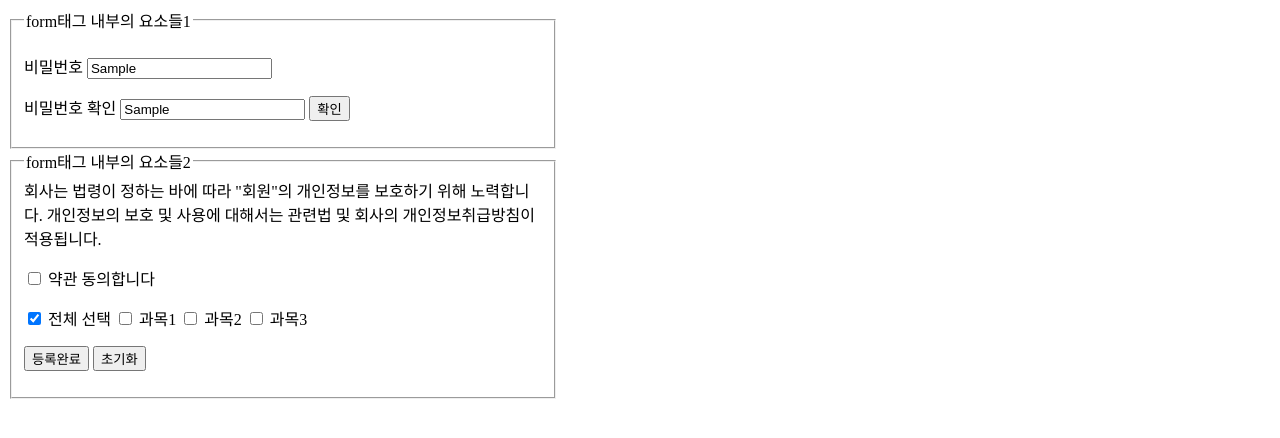
Repository: reddrinkbro/JSPStudy
Page: javascript/WebContent/4객체/dom_ob6.html
The author's editor kept a copy of each file at every save. The page is drawn from the files as they stood at one save, then again after the next save.
The browser window is 1280 px wide. The pictures show the whole page.
Empty fields were first filled with sample values (such as "Sample", 5 or name@example.com).
After loading, the first visible `#allchk` was clicked once.

Above is the page before, as saved 2020-04-10 03:57:16.

### javascript/WebContent/4객체/dom_ob6.html
<!DOCTYPE html>
<html>
<head>
<meta charset="UTF-8">
<title>Insert title here</title>
	<style type="text/css">
		form{
			width: 550px; /*너비 설정*/
		}

	</style>
</head>
<body>
	<form action="a.jsp" name = "f1">
		<fieldset>
			<legend>form태그 내부의 요소들1</legend>
			<p>
				<label>비밀번호</label>
				<input type ="text" id ="user_pw1" name ="user_pw1"/>
			</p>
			<p>
				<label>비밀번호 확인</label>
				<input type ="text" id = "user_pw2" name ="user_pw2"/>
				<input type="submit" value = "확인"/>
			</p>
		</fieldset>
	</form>
	<form action="a.jsp" name = "f2">
		<fieldset>
			<legend>form태그 내부의 요소들2</legend>
			<div>
				회사는 법령이 정하는 바에 따라 "회원"의 개인정보를 보호하기
				위해 노력합니다. 개인정보의 보호 및 사용에 대해서는 관련법
				및 회사의 개인정보취급방침이 적용됩니다.
			</div>
			<p>
				<input type="checkbox" name = "accept" id ="accept"/>
				<label>약관 동의합니다</label>
			</p>
				<input type="checkbox" name = allchk id ="allchk">
				<label>전체 선택</label>
				<input type="checkbox" name = "subject1" id ="subject1" value = "과목 1"/>
				<label>과목1</label>

				<input type="checkbox" name = "subject2" id ="subject2" value = "과목 2"/>
				<label>과목2</label>

				<input type="checkbox" name = "subject3" id ="subject3" value = "과목 3"/>
				<label>과목3</label>
			<p>
				<input type="submit" value = "등록완료">
				<input type="reset" value = "초기화">
			</p>
		</fieldset>
	</form>
	<script type="text/javascript">

		//전체 선택체크박스를 클릭했을때 이벤트 처리함수 function(){...}이 실행되게 선언
		document.f2.allchk.onclick = function(){
			alert();
		}

		//<form name ="f1"> 요소를 선택해 가져온다
		//확인버튼을 클릭했을때 이벤트 처리함수가 실행되게 선언
		document.f1.onsubmit = function(){
			//비밀번호 입력 공간 얻기
			//입력 요소 중에서 <input name ="user_pw1">인 요소를 선택해서 가져와서 변수 pw1에 저장
			var pw1 = document.f1.user_pw1;
			//비밀번호 확인 입력 공간 얻기
			//입력 요소 중 <input name = "user_pw2">인 요소를 선택해서 가져와서 변수pw2에 저장
			var pw2 = document.f1.user_pw2;

			//사이트 방문객이 작성한 비밀번호 값을 얻어
			//비밀번호 확인 <input>요소의 value속성값으로 설정하여 출력
			pw2.value = pw1.value ;
			//비밀번호 확인 <input>요소가 비활성화되어 입력을 할수 없도록 disabled속성의 값을 true함
			pw2.disabled = true;

			//이벤트 처리함수 function(){...} 마지막 부분에 return false의 값을 작성하여
			//a.jsp페이지로 전송하는 것을 차단시켜야한다
			//만약 차단 하지 않으면 <form>태그의 action속성에 작성된 a.jsp로 전송하여 페이지가 이동되게 된다
		}

	</script>
</body>
</html>

After the next save:
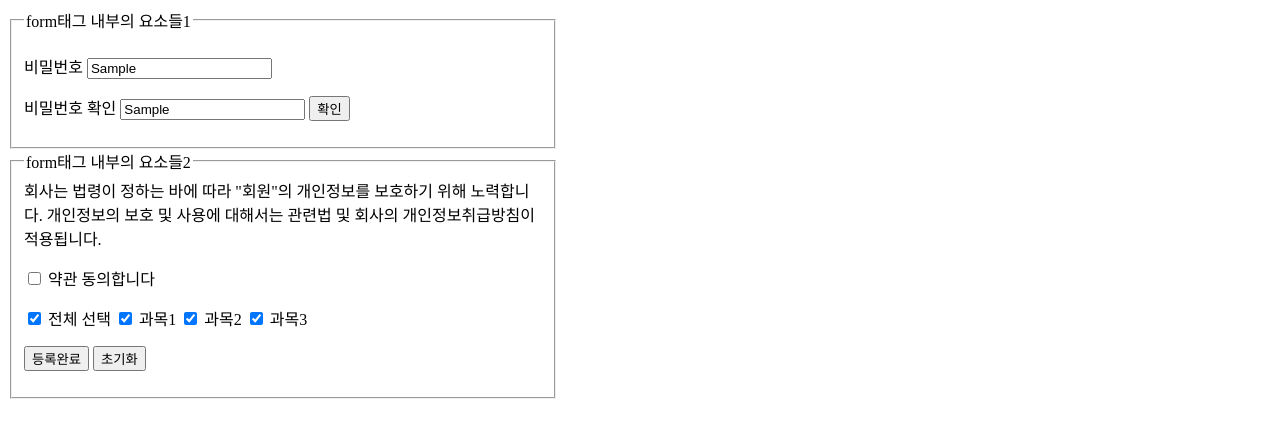
Saved 3 min 9 s later.
--- a/javascript/WebContent/4객체/dom_ob6.html
+++ b/javascript/WebContent/4객체/dom_ob6.html
@@ -37,7 +37,7 @@
 				<input type="checkbox" name = "accept" id ="accept"/>
 				<label>약관 동의합니다</label>
 			</p>
-				<input type="checkbox" name = allchk id ="allchk">
+				<input type="checkbox" name = allchk id ="allchk" >
 				<label>전체 선택</label>
 				<input type="checkbox" name = "subject1" id ="subject1" value = "과목 1"/>
 				<label>과목1</label>
@@ -57,7 +57,14 @@
 
 		//전체 선택체크박스를 클릭했을때 이벤트 처리함수 function(){...}이 실행되게 선언
 		document.f2.allchk.onclick = function(){
-			alert();
+			//this 키워드 : 이벤트행위가 발생한 요소를 가리키는 키워드
+			//여기서는 전체 선택 체크박스를 클릭하는 경우이므로 이벤트가 발생한 체크박스를 this키워드로 가리킴
+
+			if(this.checked == true){
+				document.f2.subject1.checked = true;
+				document.f2.subject2.checked = true;
+				document.f2.subject3.checked = true;
+			}
 		}
 
 		//<form name ="f1"> 요소를 선택해 가져온다
